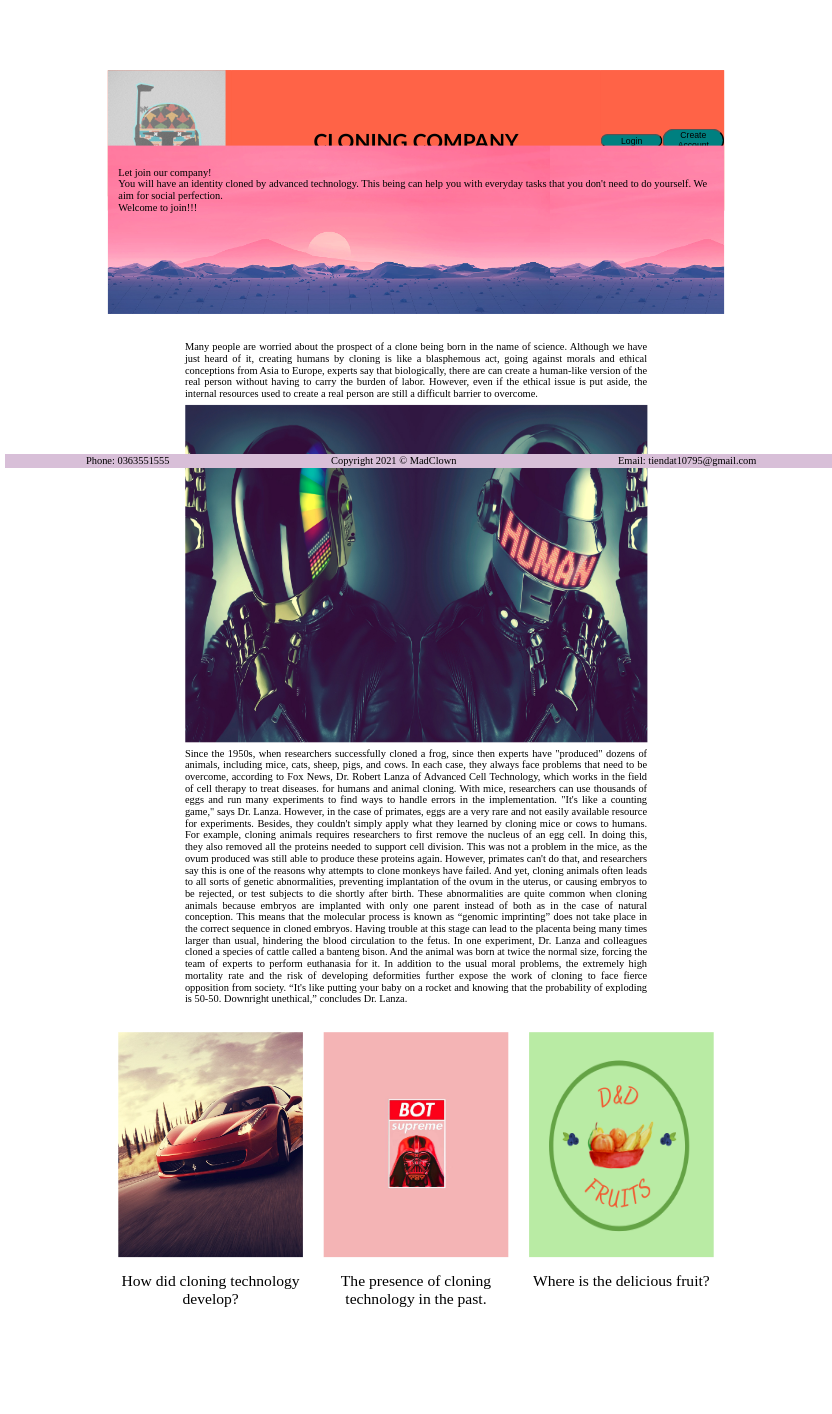
Repository: madd107/demo-form
Page: Assigment_FEE/CaseStudy_1.html
An editor plug-in stored every save of this project. The page is shown before and after the next save, followed by the edit.
The browser window is 1280 px wide. The pictures show the whole page, at 65% of full size.

Above is the page before, as saved 2021-10-01 01:36:24.

### Assigment_FEE/CaseStudy_1.html
<!DOCTYPE html>
<html lang="en">
  <head>
    <meta charset="UTF-8" />
    <meta http-equiv="X-UA-Compatible" content="IE=edge" />
    <meta name="viewport" content="width=device-width, initial-scale=1.0" />
    <title>CaseStudy_1</title>
    <link rel="stylesheet" href="css/CaseStudy_1.css" />
  </head>
  <body>
    <div class="wrapper">
      <div class="wrapper topbar">
        <li class="topbar logo">
          <img src="image/Screenshot from 2021-09-29 23-32-12.png" alt="" />
        </li>
        <li class="topbar title">
          <h1>Cloning Company</h1>
        </li>
        <li class="topbar login">
          <button>Login</button>
          <button>Create Account</button>
        </li>
      </div>
      <div class="wrapper main">
        <div class="main header">
          <p>
            Let join our company! <br />
            You will have an identity cloned by advanced technology. This being
            can help you with everyday tasks that you don't need to do yourself.
            We aim for social perfection. <br />
            Welcome to join!!!
          </p>
        </div>
        <div class="main content">
          <p>
            Many people are worried about the prospect of a clone being born in
            the name of science. Although we have just heard of it, creating
            humans by cloning is like a blasphemous act, going against morals
            and ethical conceptions from Asia to Europe, experts say that
            biologically, there are can create a human-like version of the real
            person without having to carry the burden of labor. However, even if
            the ethical issue is put aside, the internal resources used to
            create a real person are still a difficult barrier to overcome.
          </p>
          <img src="image/wallpaper_hd_by_sinhvienit (25).JPG" alt="" />
          <p>
            Since the 1950s, when researchers successfully cloned a frog, since
            then experts have "produced" dozens of animals, including mice,
            cats, sheep, pigs, and cows. In each case, they always face problems
            that need to be overcome, according to Fox News, Dr. Robert Lanza of
            Advanced Cell Technology, which works in the field of cell therapy
            to treat diseases. for humans and animal cloning. With mice,
            researchers can use thousands of eggs and run many experiments to
            find ways to handle errors in the implementation. "It's like a
            counting game," says Dr. Lanza. However, in the case of primates,
            eggs are a very rare and not easily available resource for
            experiments. Besides, they couldn't simply apply what they learned
            by cloning mice or cows to humans. For example, cloning animals
            requires researchers to first remove the nucleus of an egg cell. In
            doing this, they also removed all the proteins needed to support
            cell division. This was not a problem in the mice, as the ovum
            produced was still able to produce these proteins again. However,
            primates can't do that, and researchers say this is one of the
            reasons why attempts to clone monkeys have failed. And yet, cloning
            animals often leads to all sorts of genetic abnormalities,
            preventing implantation of the ovum in the uterus, or causing
            embryos to be rejected, or test subjects to die shortly after birth.
            These abnormalities are quite common when cloning animals because
            embryos are implanted with only one parent instead of both as in the
            case of natural conception. This means that the molecular process is
            known as “genomic imprinting” does not take place in the correct
            sequence in cloned embryos. Having trouble at this stage can lead to
            the placenta being many times larger than usual, hindering the blood
            circulation to the fetus. In one experiment, Dr. Lanza and
            colleagues cloned a species of cattle called a banteng bison. And
            the animal was born at twice the normal size, forcing the team of
            experts to perform euthanasia for it. In addition to the usual moral
            problems, the extremely high mortality rate and the risk of
            developing deformities further expose the work of cloning to face
            fierce opposition from society. “It's like putting your baby on a
            rocket and knowing that the probability of exploding is 50-50.
            Downright unethical,” concludes Dr. Lanza.
          </p>
        </div>
        <div class="main box">
          <div class="main box news">
            <img src="image/Screenshot from 2021-09-30 00-28-13.png" alt="" />
            <a href="https://cloningcompay.com/">
              How did cloning technology develop?
            </a>
          </div>
          <div class="main box news">
            <img src="image/Screenshot from 2021-09-30 00-30-25.png" alt="" />
            <a href="https://cloningcompay.com/">
              The presence of cloning technology in the past.
            </a>
          </div>
          <div class="main box news">
            <img src="image/D&D Fruits.png" alt="" />
            <a href="https://cloningcompay.com/">
              Where is the delicious fruit?
            </a>
          </div>
        </div>
      </div>
      <div class="wrapper footer">
        <li>Phone: 0363551555</li>
        <li>Copyright 2021 © MadClown</li>
        <li>Email: tiendat10795@gmail.com</li>
      </div>
    </div>
  </body>
</html>

### Assigment_FEE/css/CaseStudy_1.css
.wrapper {
  margin: 0 auto;
  width: 100%;
  height: 2160px;
  /* background-color: whitesmoke; */
  position: relative;
}
.topbar {
  /* margin: 0 auto; */
  width: 75%;
  height: 10%;
  display: flex;
  justify-content: space-between;
  background-color: tomato;
  top: 100px;
}
.logo {
  margin: 0 auto;
  width: 20%;
  height: 90%;
  /* position: absolute; */
  /* left: 5%; */
}
img.logo {
  width: 100%;
  height: 100%;
  border-radius: 50%;
  margin: 5px 5px;
  border: wheat solid 2px;
}
.title {
  margin: 0 auto;
  width: 60%;
  height: 100%;
  display: flex;
  justify-content: center;
  align-items: center;
}
.title h1 {
  text-transform: uppercase;
  color: black;
  text-align: center;
  font-family: "Trebuchet MS", "Lucida Sans Unicode", "Lucida Grande",
    "Lucida Sans", Arial, sans-serif;
}
.login {
  margin: 0 auto;
  width: 20%;
  height: 100%;
  display: flex;
  align-items: center;
}
.login button {
  background-color: teal;
  border-radius: 20px;
  width: 50%;
}
.login button:hover {
  color: yellowgreen;
}
.main {
  margin: 0 auto;
  width: 75%;
  height: 80%;
  display: flex;
  flex-wrap: wrap;
}
.main.header {
  margin: 0 auto;
  background-image: url(/Assigment_FEE/image/Screenshot\ from\ 2021-09-29\ 23-49-43.png);
  width: 100%;
  height: 15%;
  background-size: 680px;
}
.main.header p {
  padding: 1em;
}
.main.content {
  margin: 1em auto;
  width: 75%;
  height: 60%;
}
.main.content img {
  width: 100%;
  height: 50%;
}
.main.content p {
  margin: 0 auto;
  height: auto;
  text-align: justify;
  padding: 0.5em 0;
}
.main.box {
  margin: 0 auto;
  width: 100%;
  height: 20%;
  display: flex;
  flex-wrap: wrap;
}
.main.box.news:nth-child(1) {
  width: 30%;
  height: 100%;
}
.main.box.news:nth-child(1) img {
  width: 100%;
  height: 100%;
}
.main.box.news:nth-child(1) a {
  margin: 1em auto;
  text-align: center;
  align-items: center;
  text-decoration: none;
  font-size: x-large;
  color: black;
}
.main.box.news:nth-child(2) {
  width: 30%;
  height: 100%;
}
.main.box.news:nth-child(2) img {
  width: 100%;
  height: 100%;
}
.main.box.news:nth-child(2) a {
  margin: 1em auto;
  text-align: center;
  align-items: center;
  text-decoration: none;
  font-size: x-large;
  color: black;
}
.main.box.news:nth-child(3) {
  width: 30%;
  height: 100%;
}
.main.box.news:nth-child(3) img {
  width: 100%;
  height: 100%;
}
.main.box.news:nth-child(3) a {
  margin: 1em auto;
  text-align: center;
  align-items: center;
  text-decoration: none;
  font-size: x-large;
  color: black;
}
a:hover {
  opacity: 0.5;
  color: aqua;
}
.footer {
  width: 100%;
  height: 3%;
  display: flex;
  justify-content: space-around;
  list-style-type: none;
  align-items: center;
  background-color: thistle;
  position: fixed;
  bottom: 0;
}
@media only screen and (max-width: 768px) {
  .main.content {
    margin: 1em auto;
    width: 75%;
    height: auto;
  }
  .main.content img {
    width: 100%;
    height: 20%;
  }
  .main.content p {
    margin: 1rem auto;
    width: 100%;
    height: auto;
    align-items: center;
    text-align: justify;
    padding: 0.5em 0;
  }
  .main.box {
    margin: 5em auto;
    width: 85%;
    height: 10%;
    display: flex;
    flex-wrap: wrap;
  }
  .main.box.news:nth-child(1) {
    width: 100%;
    height: 100%;
  }
  .main.box.news:nth-child(2) {
    width: 100%;
    height: 100%;
  }
  .main.box.news:nth-child(3) {
    width: 100%;
    height: 100%;
  }
  .main.box.news img {
    width: 100%;
    height: 100%;
  }
  .main.box.news a {
    margin: 1em auto;
    text-align: center;
    align-items: center;
    text-decoration: none;
    font-size: x-large;
    color: black;
  }
  a:hover {
    opacity: 0.5;
    color: aqua;
  }
}

After the next save:
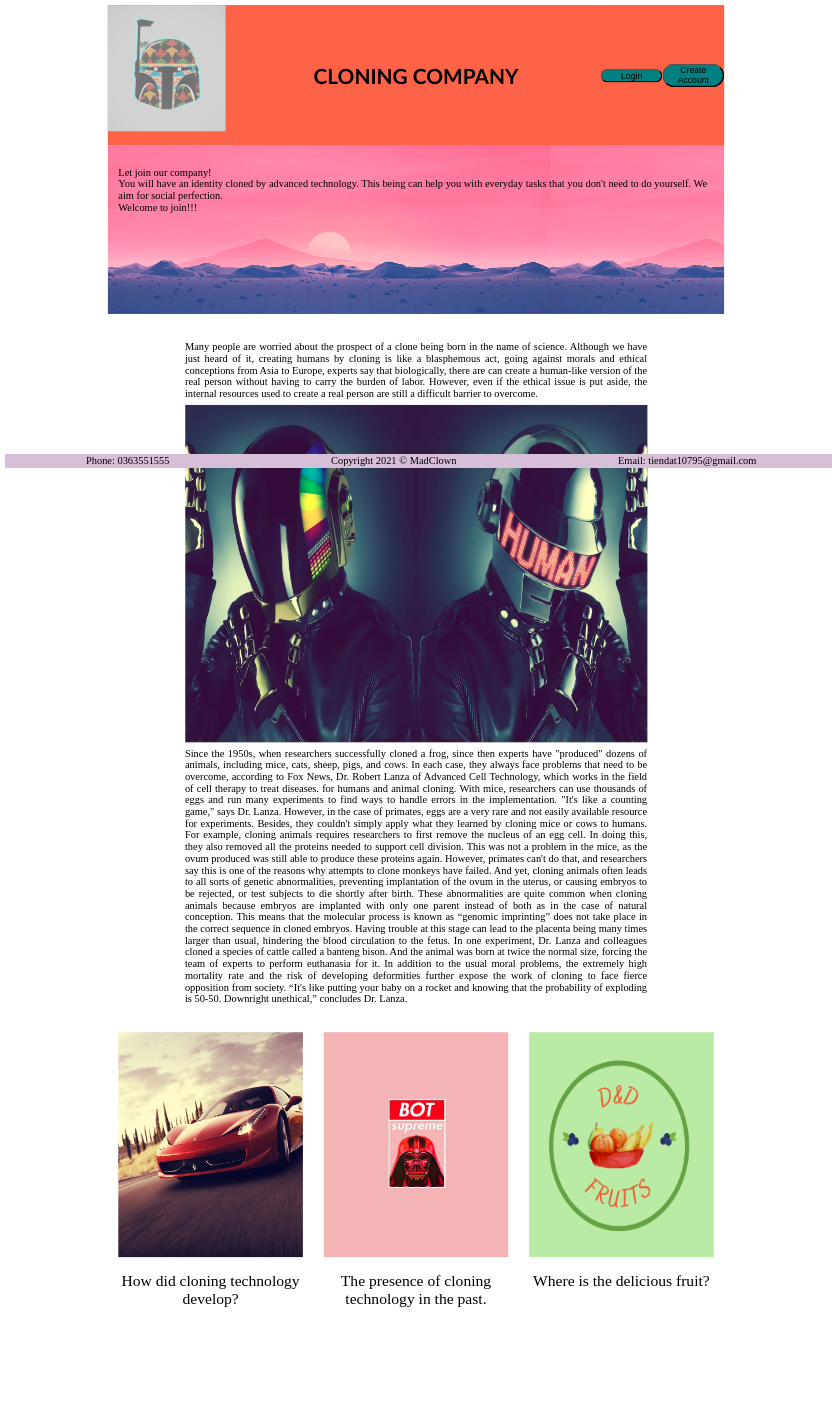
Saved 17 s later.
--- a/Assigment_FEE/css/CaseStudy_1.css
+++ b/Assigment_FEE/css/CaseStudy_1.css
@@ -12,7 +12,7 @@
   display: flex;
   justify-content: space-between;
   background-color: tomato;
-  top: 100px;
+  top: 0;
 }
 .logo {
   margin: 0 auto;
